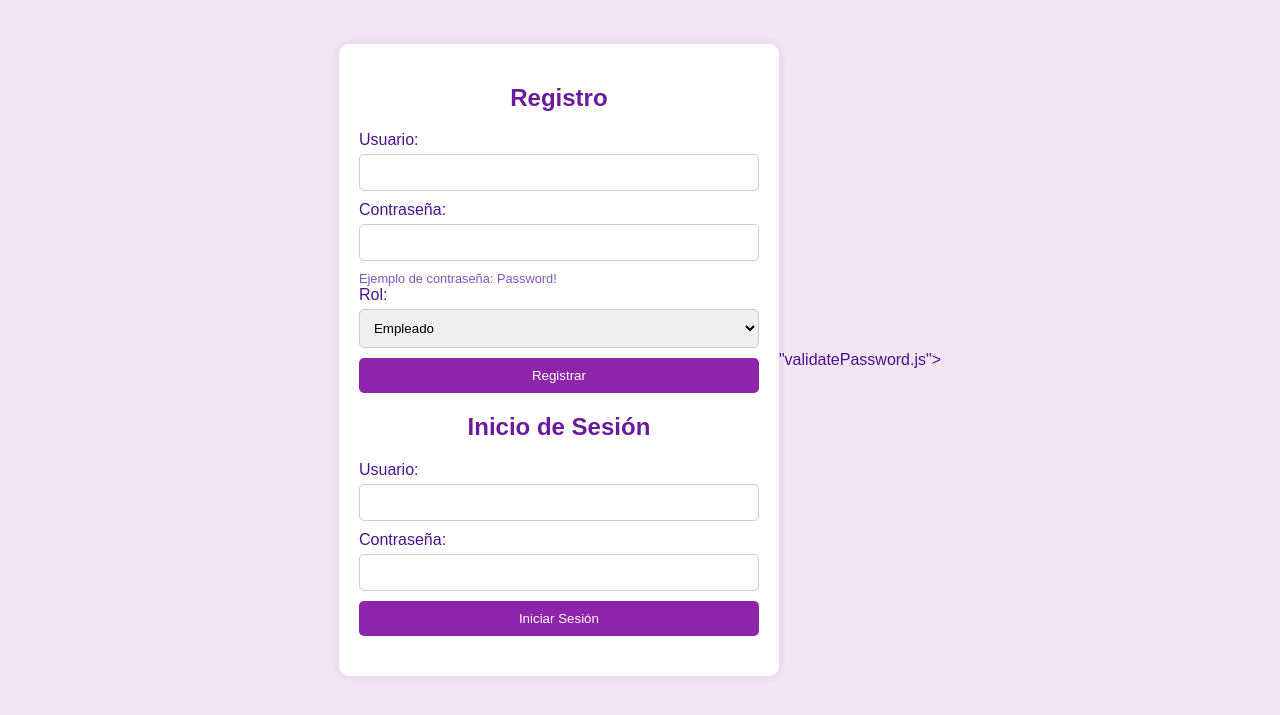
Repository: Connie75/API
Page: index.html
An editor plug-in stored every save of this project. The page is shown before and after a run of saves, followed by the edit.
The browser window is 1280 px wide. The pictures show the whole page.

Above is the page before, as saved 2024-07-31 01:06:50.

After the next 2 saves:
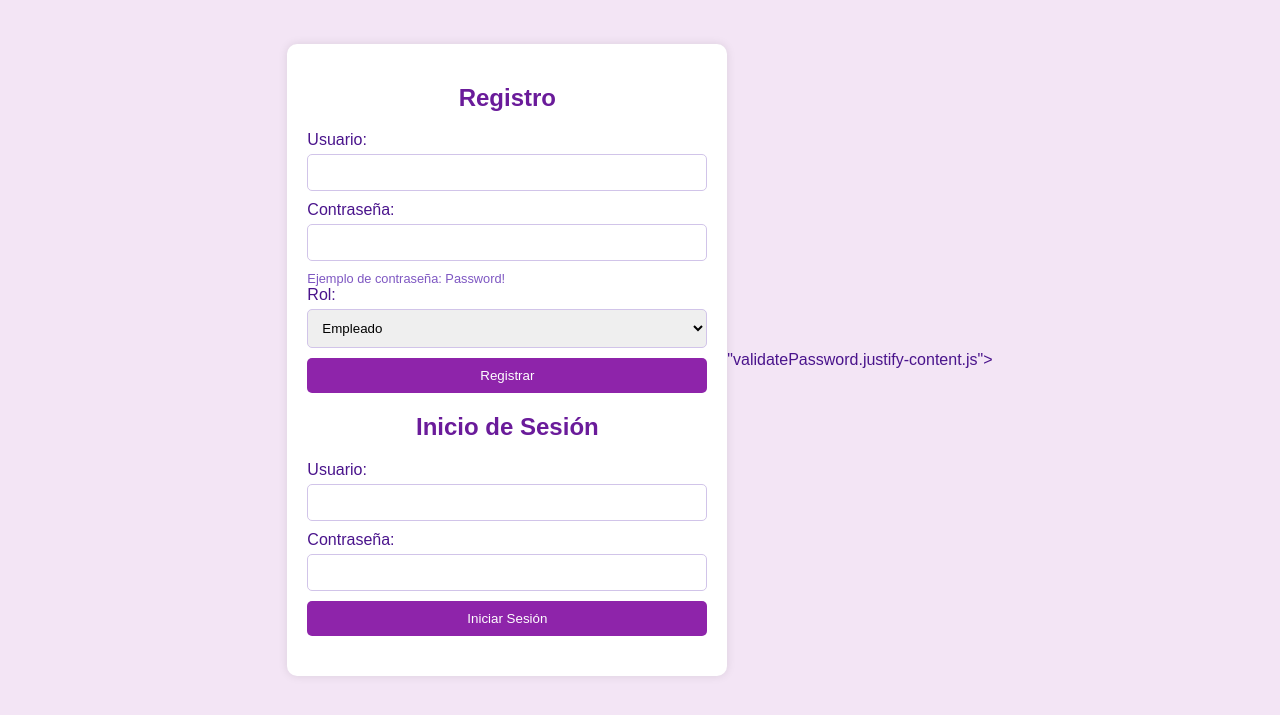
The 2 saves are shown as one change because they came seconds apart.
The last was saved 7 s later.
--- a/index.html
+++ b/index.html
@@ -32,6 +32,6 @@
             <input type="password" id="password" name="password" required>
             <input type="submit" value="Iniciar Sesión">
         </form>
-    </div>"validatePassword.js"></script>
+    </div>"validatePassword.justify-content.js"></script>
 </body>
 </html>

After the save that followed:
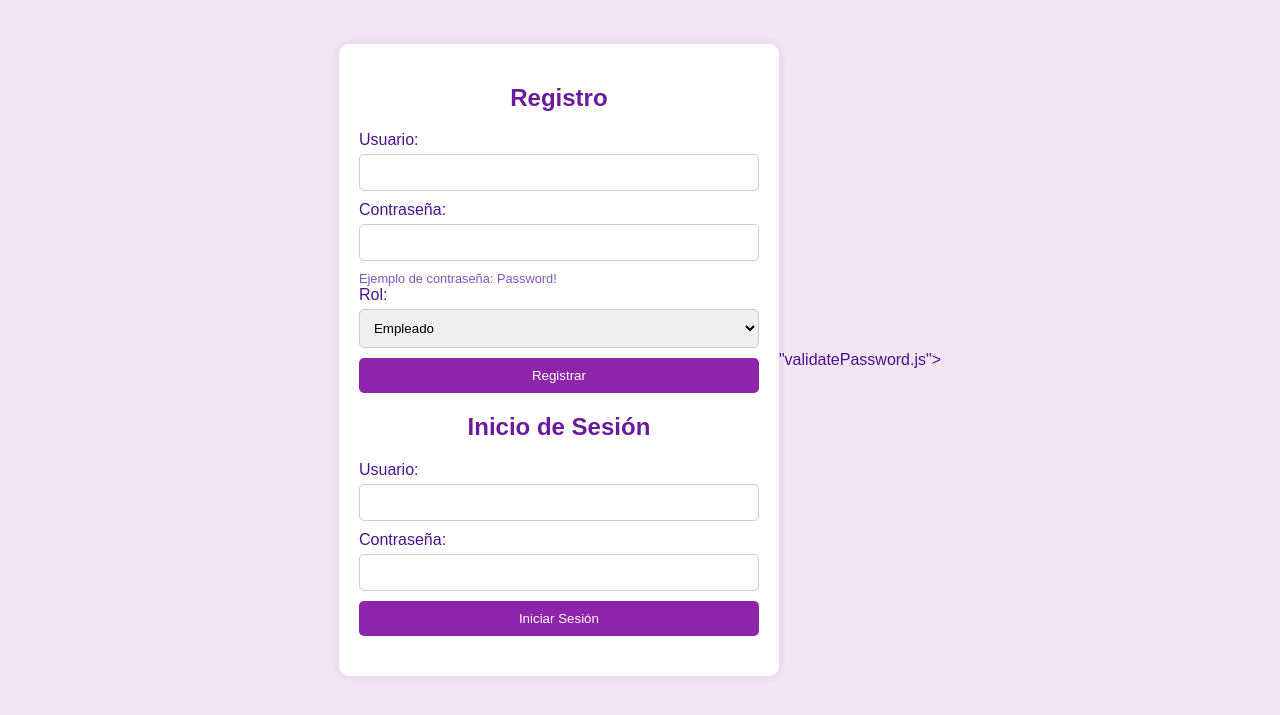
Saved 10 s later.
--- a/index.html
+++ b/index.html
@@ -32,6 +32,6 @@
             <input type="password" id="password" name="password" required>
             <input type="submit" value="Iniciar Sesión">
         </form>
-    </div>"validatePassword.justify-content.js"></script>
+    </div>"validatePassword.js"></script>
 </body>
 </html>
